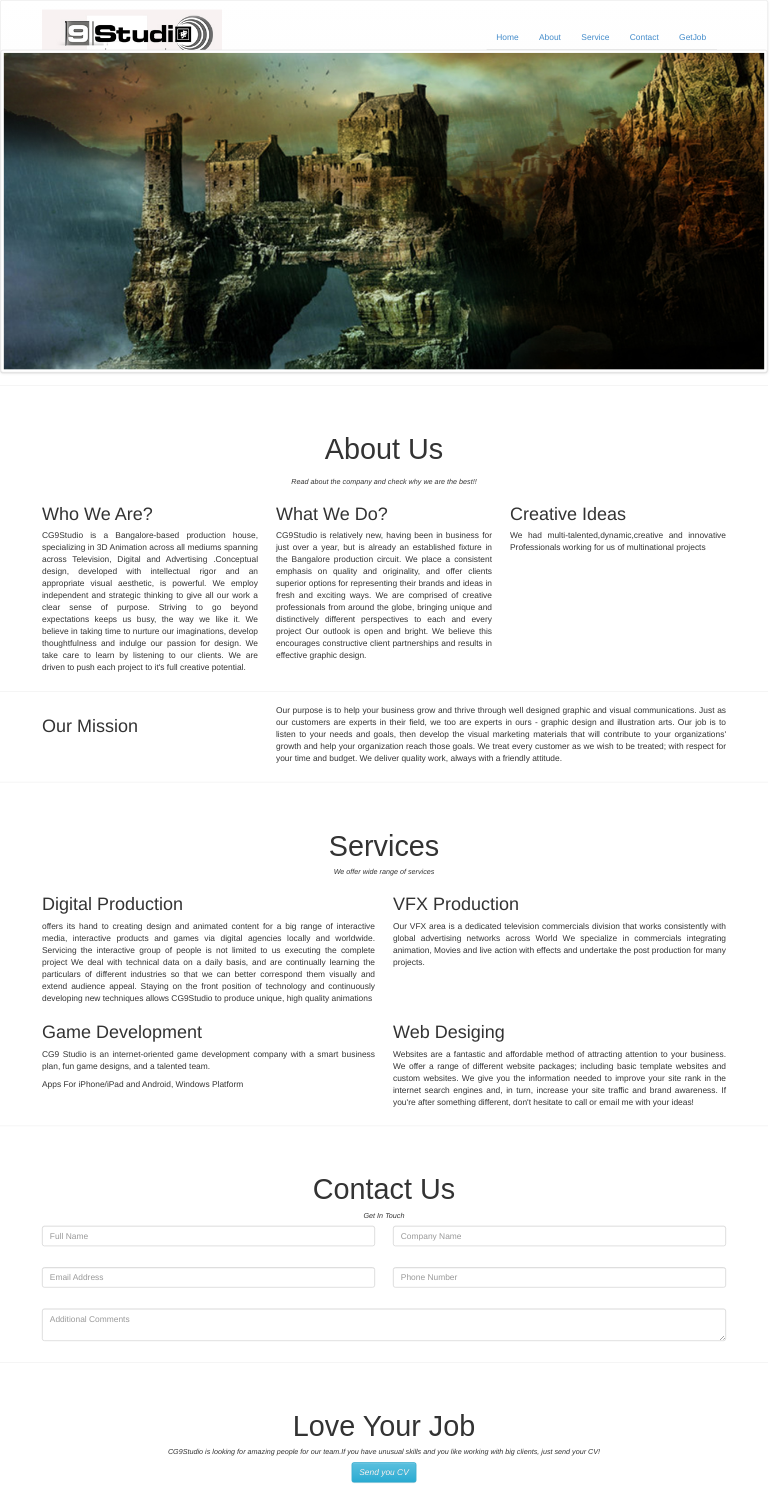
Repository: deepak6sp/BootstrapTheme1
Page: 9studio/WebContent/index.html
These files come from the project's save history. The page is drawn as it stood at one moment and after the next save; the edit follows.
The browser window is 1280 px wide. The page is 1295 px wide, so the pictures cover 1295 px, including what lies to the right of the window. The pictures show the whole page, at 60% of full size.
Some web libraries are served in a nearby version.

Above is the page before, as saved 2014-07-23 13:45:51.

### 9studio/WebContent/index.html
<!DOCTYPE html>
<html>
<head>
<meta charset="ISO-8859-1">
<title>Welcome To 9Studio</title>
<link rel="stylesheet" type="text/css" href="css/style.css">
<link rel="stylesheet" type="text/css" href="css/bootstrap.min.css">
<link rel="stylesheet" type="text/css" href="css/bootstrap-theme.min.css">
</head>
<body>
	<header class="navbar navbar-default">
		<div class="container">
			<div class="navbar-header">
				<a class="navbar-brand" href="#" title="9studio"><img src="images/logo.jpg"></a>
				<button class="navbar-toggle" data-toggle="collapse" data-target="#navheaderCollapse">
					<span class="icon-bar"></span>
			        <span class="icon-bar"></span>
			        <span class="icon-bar"></span>
	      		</button>
	      	</div>
	      	<br></br>
      		<div class="collapse navbar-collapse navbar-collapse-top" id="navheaderCollapse">
				<ul class="nav nav-tabs navbar-right" >
					<li><a href="#">Home</a></li>
					<li><a href="#about-us">About</a></li>
					<li><a href="#service">Service</a></li>
					<li><a href="#contact">Contact</a></li>
					<li><a href="#getjob">GetJob</a></li>
				</ul>
			</div>
		</div>
		<img src="images/home1.jpg" class="img-thumbnail">
	</header>
	<hr><br></br>
		<section id="about-us">
			<div class="container">
				<div class="row text-center"><h1>About Us</h1></div>
				<div class="row text-center"><h6>Read about the company and check why we are the best!!</h6></div>
			</div>
			<div class="container">
				<div class="row">
					<div class="col-md-4">
						<h2>Who We Are?</h2>
						<p class="text-justify">CG9Studio is a Bangalore-based production house, specializing in 3D Animation across all mediums spanning across Television,
						Digital and Advertising .Conceptual design, developed with intellectual rigor and an appropriate visual aesthetic, is powerful.
						We employ independent and strategic thinking to give all our work a clear sense of purpose. Striving to go beyond expectations
						keeps us busy, the way we like it. We believe in taking time to nurture our imaginations, develop thoughtfulness and indulge our
						passion for design. We take care to learn by listening to our clients. We are driven to push each project to it's full creative
						potential.</p>
					</div>
					<div class="col-md-4">
						<h2>What We Do?</h2>
						<p class="text-justify">CG9Studio is relatively new, having been in business for just over a year, but is already an established fixture in the Bangalore
						production circuit. We place a consistent emphasis on quality and originality, and offer clients superior options for representing
						their brands and ideas in fresh and exciting ways. We are comprised of creative professionals from around the globe, bringing unique
						and distinctively different perspectives to each and every project Our outlook is open and bright. We believe this encourages
						constructive client partnerships and results in effective graphic design.</p>
					</div>
					<div class="col-md-4">
						<h2>Creative Ideas</h2>
						<p class="text-justify"> We had multi-talented,dynamic,creative and innovative Professionals working for us of multinational projects</p>
					</div>
				</div>
			</div>
			<hr>
			<div class="container">
				<div class="row">
					<div class="col-md-4">
						<h2>Our Mission</h2>
					</div>
					<div class="col-md-8">
						<p class="text-justify">Our purpose is to help your business grow and thrive through well designed graphic and visual communications. Just as our
						customers are experts in their field, we too are experts in ours - graphic design and illustration arts. Our job is to listen
						to your needs and goals, then develop the visual marketing materials that will contribute to your organizations' growth and help
						your organization reach those goals. We treat every customer as we wish to be treated; with respect for your time and budget. We
						deliver quality work, always with a friendly attitude.
					</div>
				</div>
			</div>
		</section>

	<hr><br></br>
		<section id="service">
			<div class="container">
				<h1 class="row text-center">Services</h1>
				<h6 class="row text-center">We offer wide range of services</h6>
			</div>
			<div class="container">
				<div class="row">
					<div class="col-md-6">
						<h2>Digital Production</h2>
						<p class="text-justify"> offers its hand to creating design and animated content for a big range of interactive media, interactive products and games
						via digital agencies locally and worldwide.  Servicing the interactive group of people is not limited to us executing the complete
						project We deal with technical data on a daily basis, and are continually learning the particulars of different industries so that
						we can better correspond them visually and extend audience appeal. Staying on the front position of technology and continuously
						developing new techniques allows CG9Studio to produce unique, high quality animations</p>
					</div>
					<div class="col-md-6">
						<h2>VFX Production</h2>
						<p class="text-justify">Our VFX area is a dedicated television commercials division that works consistently with global advertising networks across
						World We specialize in commercials integrating animation, Movies and live action with effects and undertake the post production for
						many projects.</p>
					</div>
				</div>
			</div>
			<div class="container">
				<div class="row">
					<div class="col-md-6">
						<h2>Game Development</h2>
						<p class="text-justify">CG9 Studio is  an internet-oriented game development company with a smart business plan, fun  game designs, and a talented team.</P>
						<p class="text-justify">Apps For  iPhone/iPad and Android, Windows Platform</p>
					</div>
					<div class="col-md-6">
						<h2>Web Desiging</h2>
						<p class="text-justify">Websites are a fantastic and affordable method of  attracting attention to your business. We offer a range of different website
						packages; including basic template websites and custom websites. We give you the  information needed to improve your site rank in the
						internet search engines  and, in turn, increase your site traffic and brand awareness.  If you're  after something different, don't
						hesitate to call or email me with your ideas!</p>
					</div>
				</div>
			</div>
		</section>

	<hr><br></br>
		<section id="contact">
			<div class="container">
				<h1 class="row text-center">Contact Us</h1>
				<h6 class="row text-center">Get In Touch</h6>
			</div>
			<div class="container">
				<form class="row">
					<div class="col-md-6">
						<div class="form-group">
							<input type="text" class="form-control" placeholder="Full Name"/>
						</div>
						<br />
						<div class="form-group">
							<input type="email" class="form-control" placeholder="Email Address">
						</div>
						<br />
					</div>
					<div class="col-md-6">
						<div class="form-group">
							<input type="text" class="form-control" placeholder="Company Name">
						</div>
						<br />
						<div class="form-group">
							<input type="number" class="form-control" placeholder="Phone Number">
						</div>
						<br />
					</div>
					<div class="col-md-12">
						<div class="form-group">
							<textarea class="form-control" placeholder="Additional Comments"></textarea>
						</div>
					</div>
				</form>
			</div>
		</section>

	<hr><br></br>
		<section id="getjob">
			<div id="container">
				<div class="row text-center">
					<h1 >Love Your Job</h1>
					<h6 >CG9Studio is looking for amazing people for our team.If you have unusual skills and you like working with big clients, just send your CV!</h6>
					<h6 ><button type="button" class="btn btn-info">Send you CV</button></h6>
				</div>
			</div>
		</section>

	<script src="http://ajax.googleapis.com/ajax/libs/jquery/1.11.1/jquery.min.js"></script>
	<script src="js/bootstrap.min.js"></script>
	<script src="js/script.js"></script>
</body>
</html>

### 9studio/WebContent/css/style.css
@CHARSET "ISO-8859-1";

div h1{
	font-family:Arial,Helvetica,sans-serif;
	font-size:48px;
}

div h6{
	font-style:italic;
}

### 9studio/WebContent/js/script.js
$(document).ready(function(){
		$('a[href^="#"]').on('click',function (e) {
		    e.preventDefault();

		    var target = this.hash,
		    $target = $(target);

		    $('html, body').stop().animate({
		        'scrollTop': $target.offset().top
		    }, 900, 'swing', function () {
		        window.location.hash = target;
		    });
		});
	});

Loaded but not shown: 9studio/WebContent/css/bootstrap.min.css (library); 9studio/WebContent/css/bootstrap-theme.min.css (library); 9studio/WebContent/js/bootstrap.min.js (library)

After the next save:
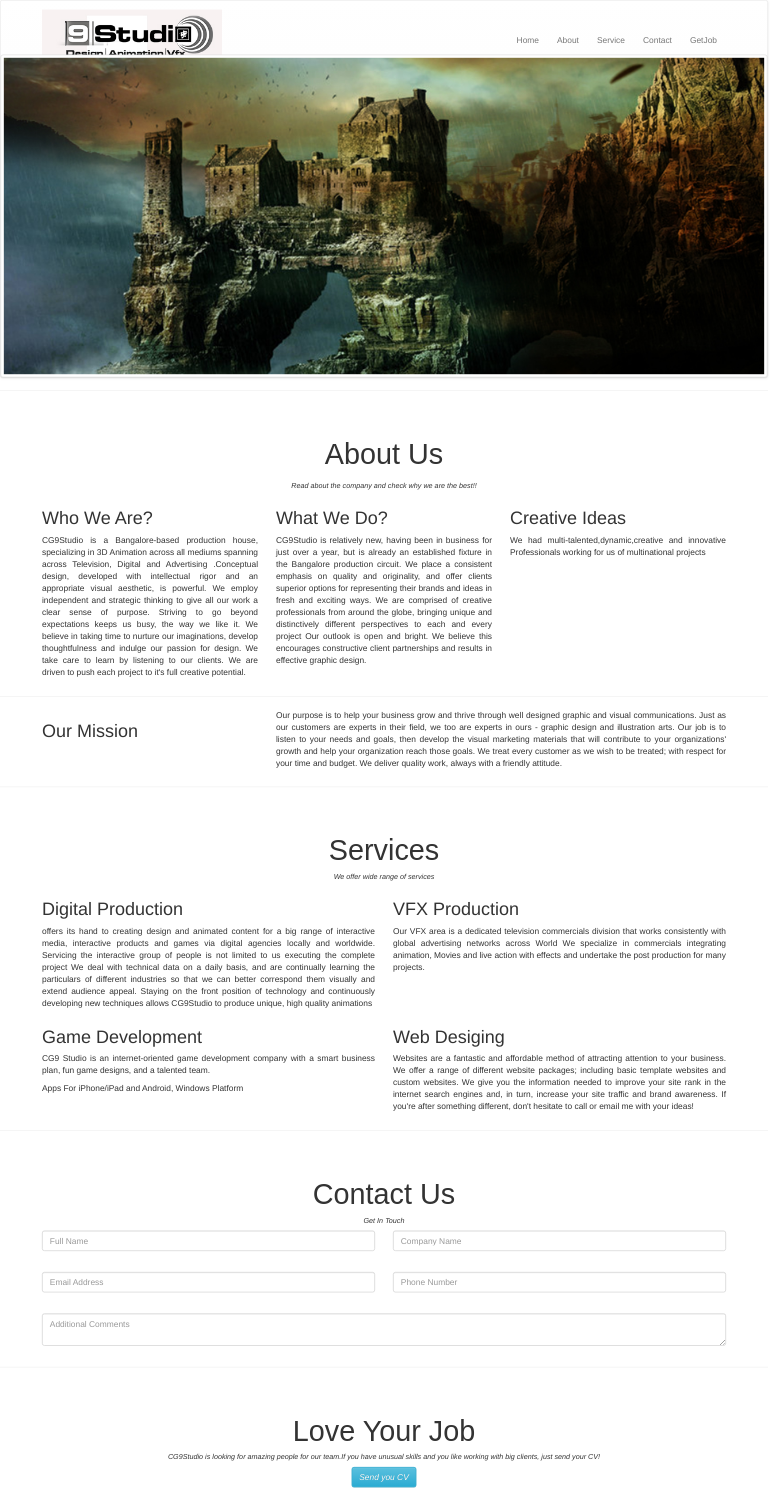
Saved 38 s later.
--- a/9studio/WebContent/index.html
+++ b/9studio/WebContent/index.html
@@ -20,7 +20,7 @@
 	      	</div>
 	      	<br></br>
       		<div class="collapse navbar-collapse navbar-collapse-top" id="navheaderCollapse">
-				<ul class="nav nav-tabs navbar-right" >
+				<ul class="nav navbar-nav navbar-right" >
 					<li><a href="#">Home</a></li>
 					<li><a href="#about-us">About</a></li>
 					<li><a href="#service">Service</a></li>
